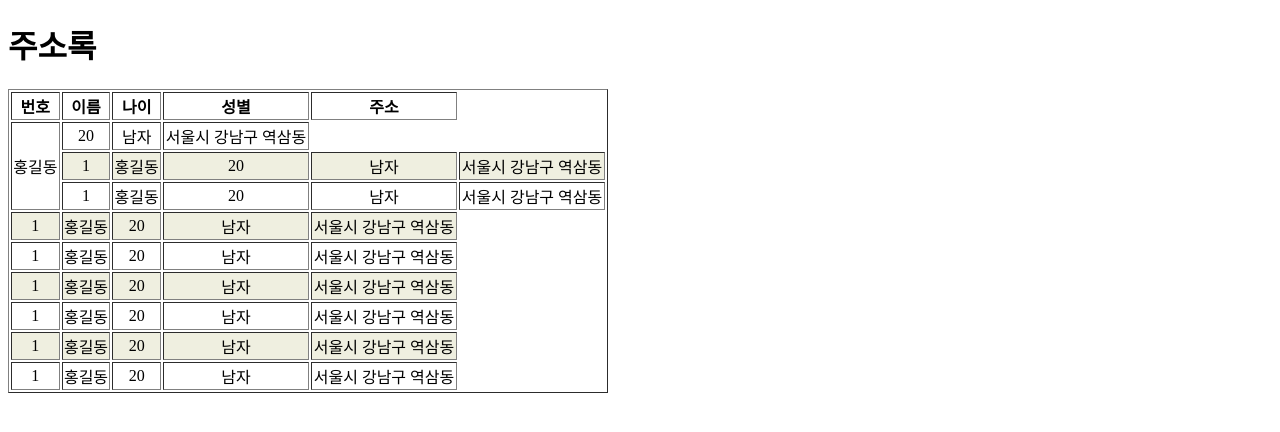
Repository: zzzzzzin/Client
Page: ClientTest/src/main/webapp/html/ex16_table.html
The author's editor kept a copy of each file at every save. The page is drawn from the files as they stood at one save, then again after the next save.
The browser window is 1280 px wide. The pictures show the whole page.

Above is the page before, as saved 2024-03-13 07:16:49.

After the next save:
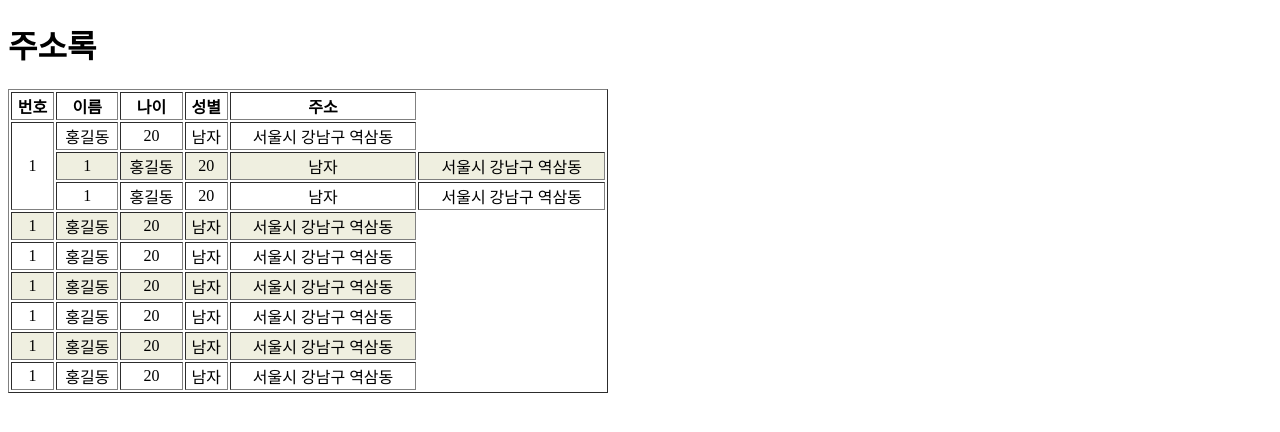
Saved 15 s later.
--- a/ClientTest/src/main/webapp/html/ex16_table.html
+++ b/ClientTest/src/main/webapp/html/ex16_table.html
@@ -24,7 +24,7 @@
 			<th>주소</th>
 		</tr>
 		<tr>
-			<td align="center" rowspan="3>1</td>
+			<td align="center" rowspan="3">1</td>
 			<td align="center">홍길동</td>
 			<td align="center">20</td>
 			<td align="center">남자</td>
